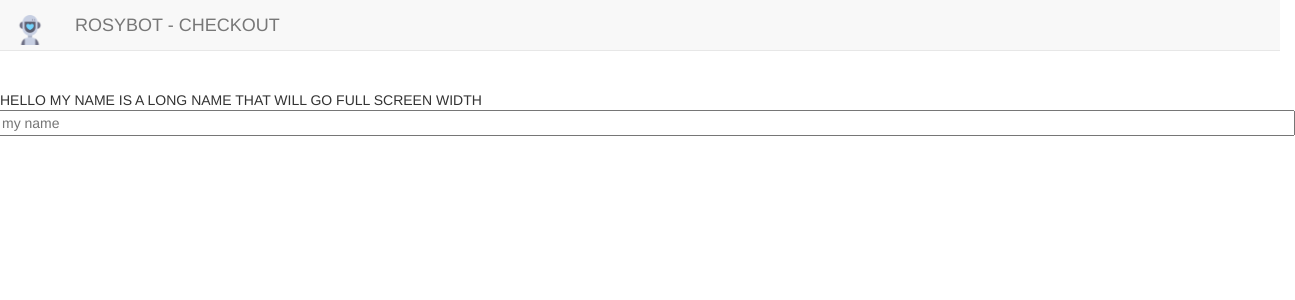
Repository: mattbobgithub/rosybot-ui
Page: rosybot-ui/index.html
An editor plug-in stored every save of this project. The page is shown before and after the next save, followed by the edit.
The browser window is 1280 px wide. The page is 1295 px wide, so the pictures cover 1295 px, including what lies to the right of the window. The pictures show the whole page.

Above is the page before, as saved 2017-08-05 19:03:59.

### rosybot-ui/index.html
<!DOCTYPE html>
<html lang="en">

<head>

<meta charset="utf-8">
<meta http-equiv="X-UA-Compatible" content="IE=edge">
<meta name="description" content="rosybot checkout">
<meta name="author" content="MCOLEMAN">

<meta charset="utf-8">
<meta name="viewport"
	content="width=device-width, initial-scale=1, maximum-scale=1, minimum-scale=1, user-scalable=no, minimal-ui">
<meta name="apple-mobile-web-app-capable" content="yes">
<meta name="apple-mobile-web-app-status-bar-style" content="black">
<link rel="apple-touch-icon" href="/favicon.ico" />
<meta name="mobile-web-app-capable" content="yes">
<link rel="shortcut icon" sizes="196x196" href="/favicon.ico">
<link rel="shortcut icon" sizes="128x128" href="/favicon.ico">

<link rel="icon" href="/favicon.ico" type="image/x-icon" />
<link rel="shortcut icon" href="/favicon.ico" type="image/x-icon" />
<link rel="apple-touch-icon" href="/favicon.ico" type="image/x-icon" />








<title>ROSYBOT</title>

<!-- Bootstrap Core CSS -->
<link href="css/bootstrap.min.css" rel="stylesheet">
<link href="css/rosybot.css" rel="stylesheet">

<script src="https://www.paypalobjects.com/api/checkout.js"></script>

</head>
<body>

	<!-- Navigation -->
	<nav class="navbar navbar-default navbar-fixed-top">
		<div class="navbar-header">
			<a class="navbar-brand" href="#page-top"><img height=30px
				width=30px src="images/robot2.png"></a> <a class="navbar-brand"
				href="#page-top">ROSYBOT - CHECKOUT</a>
		</div>
	</nav>
	<div class="row">
	<div class="col-lg-12">HELLO MY NAME IS A LONG NAME THAT WILL GO FULL SCREEN WIDTH</div>
	</div>
		<form id="rosyOrder">

			<div class="row">
				<input class="col-sm-12" id="customerFullName"
					name="customerFullName" type="text" placeholder="my name"
					class="input-xlarge" onblur="updateRosyOrder()">
			</div>

		</form>




	<!-- jQuery -->
	<script src="js/jquery.js"></script>

	<!-- Bootstrap Core JavaScript -->
	<script src="js/bootstrap.min.js"></script>

	<!-- Scrolling Nav JavaScript -->
	<script src="js/jquery.easing.min.js"></script>
	<script src="js/scrolling-nav.js"></script>





</body>
<div id="rosySpinnerOverlay" class="modal"></div>
</html>

### rosybot-ui/css/rosybot.css
/* Start by setting display:none to make this hidden.
   Then we position it in relation to the viewport window
   with position:fixed. Width, height, top and left speak
   for themselves. Background we set to 80% white with
   our animation centered, and no-repeating */
.modal {
    display:    none;
    position:   fixed;
    z-index:    1000;
    top:        0;
    left:       0;
    height:     100%;
    width:      100%;
    background: rgba( 255, 255, 255, .8 )
                url('/images/rosy-spinner.gif')
                50% 50%
                no-repeat;
}

/* When the body has the loading class, we turn
   the scrollbar off with overflow:hidden */
body.loading {
    overflow: hidden;
}

/* Anytime the body has the loading class, our
   modal element will be visible */
body.loading .modal {
    display: block;
}

body { padding-top: 90px;
padding-bottom: 90px
}

Loaded but not shown: rosybot-ui/css/bootstrap.min.css (library); rosybot-ui/js/jquery.js (library); rosybot-ui/js/bootstrap.min.js (library); rosybot-ui/js/jquery.easing.min.js (library); rosybot-ui/js/scrolling-nav.js (common file)

After the next save:
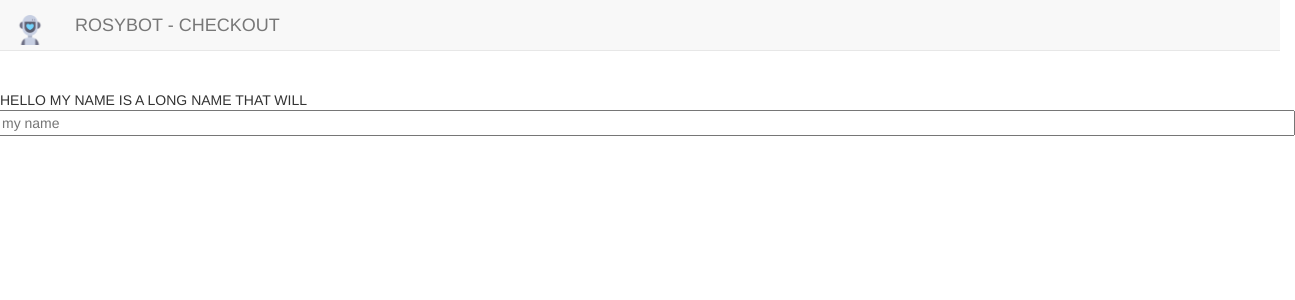
Saved 82 s later.
--- a/rosybot-ui/index.html
+++ b/rosybot-ui/index.html
@@ -49,7 +49,7 @@
 		</div>
 	</nav>
 	<div class="row">
-	<div class="col-lg-12">HELLO MY NAME IS A LONG NAME THAT WILL GO FULL SCREEN WIDTH</div>
+	<div class="col-lg-12">HELLO MY NAME IS A LONG NAME THAT WILL</div>
 	</div>
 		<form id="rosyOrder">
 
